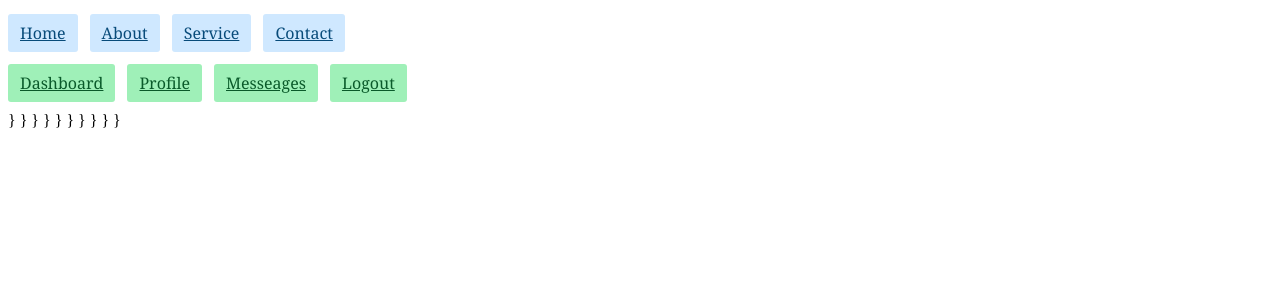
Repository: Glory998/ELCE1-32
Page: experiment7.html
The author's editor kept a copy of each file at every save. The page is drawn from the files as they stood at one save, then again after the next save.
The browser window is 1280 px wide. The pictures show the whole page.

Above is the page before, as saved 2025-11-23 23:36:45.

### experiment7.html
<doctype html>
    <html lang="hi">
        <head>
            <meta charset="utf-8" />
            <meta charset="viewport" content="width=device-width,initial-scale=1" />
            <title>Navigation Example</title>
            <style>
                /* container with border and some *
                .frame {
                border: 20px solid #333
                margin: 20px auto;
                width: 95%
                min-height: 140px;
                box-sizing: border-box;
                background:#fff
                }
                /*top grey bar with centered title*/.topbar{
                    background: #dcdcdc; /*light grey*/
                    padding: 10px 0;
                    text-align: center;
                    border-bottom: 1px solid rgpa(0,0,0,0.15);
                    font-family: "Times" New Roman",Georgia,serif
                    font-family: italic;
                }
                .tophar .title {
                    font-size: 18px;
                    color: #333;
                }
                .tophar .title .highlights {
                    color: #d33;/*Website word in red-ish*/
                    font-weight: 700;
                }
                /* area containing the rows of buttons*/
                .nav-area {
                    padding: 18px 22px;
                }
                /* button base style used for both rows*/
                .btn {
                    display: inline-block;
                    padding: 8px 12px;
                    margin: 6px 8px 6px 0;/* space between buttons*/
                    font-family: "Georgia","Times New Roman",serif;
                    font-size: 15px
                    text-decoration: none;
                    color: #0a2b4a;
                    border-radius: 3px;
                    border: 2px solid rgpa(0,0,0,0.12);
                    box-shodow: 0 1px 0rgpa(255,255,255,0.9)inset;
                    cursor: pointer;
                    user-select: none;
                }
                /*first row style (light blue)*/
                .btn.blue {
                    background: #cfe8ff;
                    color: #084b7a;
                }
                /*second row style (light green)*/
                .btn.green {
                    background: #9ff0b8;
                    color: #0a5a2a;
                }
                /*small hover effect*/
                .btn:hover {
                    transform: translateY(-1px);
                    box-shadow: 0 3px 6px rgpa(0,0,0,0.12);
                }
                /*make the second row appear on next line (we'll use a simple wrapper)*/
                .row {
                    margin-bottom: 4px;
                }
                /*optional: keep everything left aligned inside nav-area (as in the image)*/
                .nav-area {text-align: left,}
                </style>
                </head>
                <body>
                 <div-class="nav-area">
                    <div-class="row">
                        <a class="btn blue"
                        href="#">Home</a>
                        <a class="btn blue"
                        href="#">About</a>
                        <a class="btn blue"
                        href="#">Service</a>
                        <a class="btn blue"
                        href="#">Contact</a>
                </div>
                <div class="row">
                    <a class="btn green"
                    href="#">Dashboard</a>
                    <a class="btn green"
                    href="#">Profile</a>
                    <a class="btn green"
                    href="#">Messeages</a>
                    <a class="btn green"
                    href="#">Logout</a>
                    </div>
                </div>
            </div>
                </div>

            </body>
            </html>
                    </div-class>
                 </div-class>

                </body>

                }
                }
                }
                }

                }
                }
                }
                }
                }
                }

            </style>
        </head>
    </html>
</doctype>

After the next save:
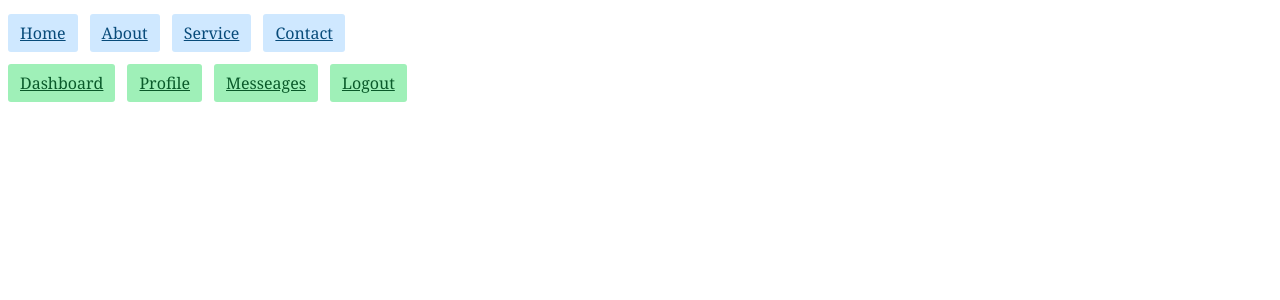
Saved 3 min 8 s later.
--- a/experiment7.html
+++ b/experiment7.html
@@ -41,7 +41,7 @@
                     margin: 6px 8px 6px 0;/* space between buttons*/
                     font-family: "Georgia","Times New Roman",serif;
                     font-size: 15px
-                    text-decoration: none;
+                    text-decoration:none;
                     color: #0a2b4a;
                     border-radius: 3px;
                     border: 2px solid rgpa(0,0,0,0.12);
@@ -100,24 +100,3 @@
 
             </body>
             </html>
-                    </div-class>
-                 </div-class>
-
-                </body>
-
-                }
-                }
-                }
-                }
-
-                }
-                }
-                }
-                }
-                }
-                }
-
-            </style>
-        </head>
-    </html>
-</doctype>
